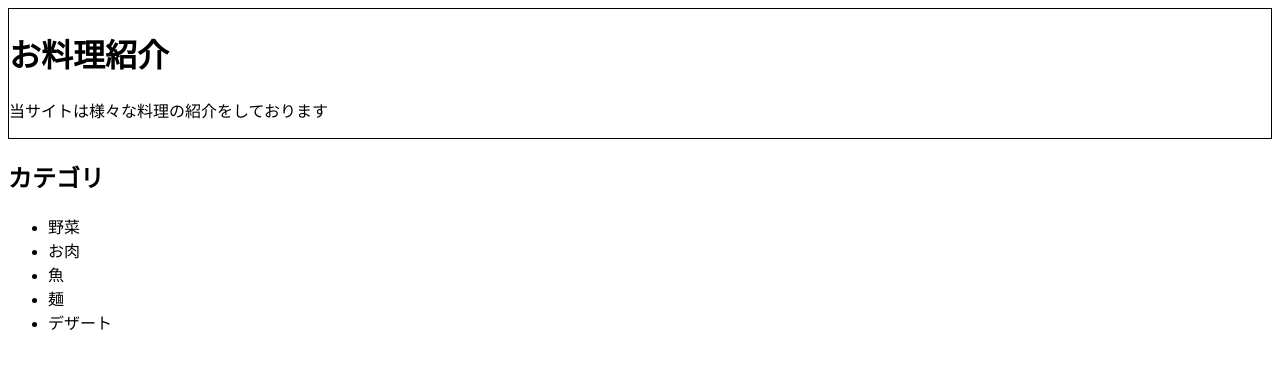
Repository: tomimaler/dc_work_tamachi_inagaki_html
Page: cooking/cooking.html
The author's editor kept a record of every edit. The page is drawn from the files as they stood at one moment, then again after the next edit.
The browser window is 1280 px wide. The pictures show the whole page.

Above is the page before.

### cooking/cooking.html
<!DOCTYPE html>
<html lang="ja">
<head>
   <meta charset="UTF-8">
   <title>float</title>
   <link rel="stylesheet" href="cooking.css">
</head>
<body>
   <header>
       <h1>お料理紹介</h1>
       <p>当サイトは様々な料理の紹介をしております</p>
   </header>
   <div class="navigation">
       <h2>カテゴリ</h2>
       <ul>
           <li>野菜</li>
           <li>お肉</li>
           <li>魚</li>
           <li>麺</li>
           <li>デザート</li>
       </ul>
   </div>
</body>
</html>

### cooking/cooking.css
header, nav, article, aside, footer {
    border:solid 1px black;
}

img {
    width:300px;
}

.main-wrapper {
    display:flex;
}

nav {
    flex:1;
}

article {
    flex:3;
}

aside {
    flex:2;
}

After the next edit:
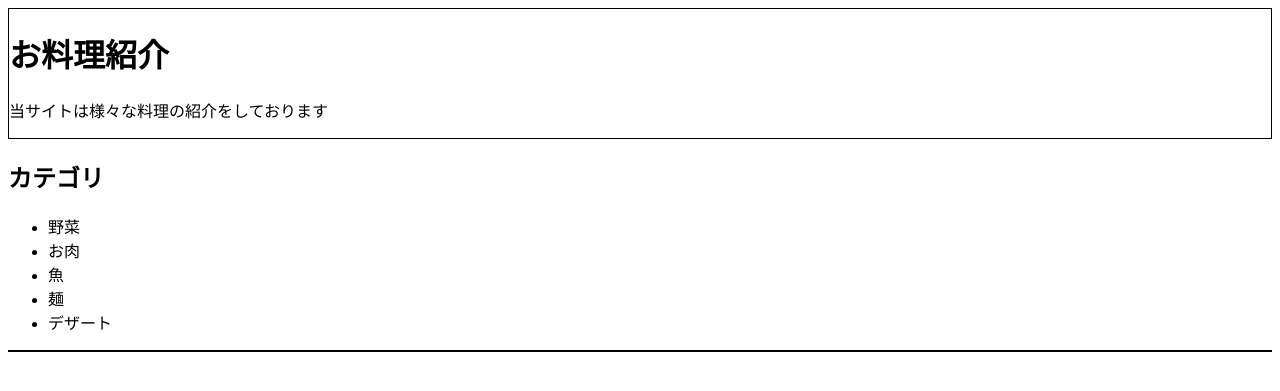
The edit:
--- a/cooking/cooking.html
+++ b/cooking/cooking.html
@@ -20,5 +20,6 @@
            <li>デザート</li>
        </ul>
    </div>
+   <article></article>
 </body>
 </html>
